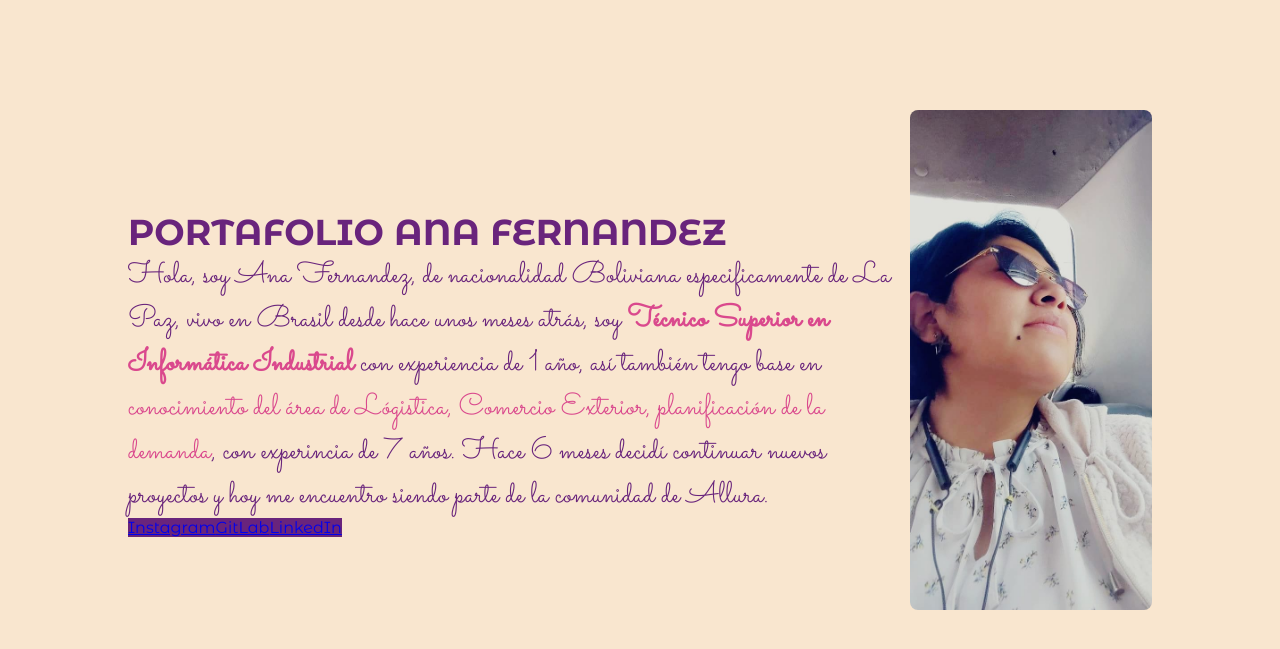
Repository: AnaFzCz/PROYECTOS-HTML---CSS2
Page: Portafolio/index.html
An editor plug-in stored every save of this project. The page is shown before and after the next save, followed by the edit.
The browser window is 1280 px wide. The pictures show the whole page.

Above is the page before, as saved 2025-01-27 05:10:47.

### Portafolio/index.html
<!DOCTYPE html>
<html lang="en">

<head>
    <meta charset="UTF-8">
    <meta http-equiv="X-UA-Compatible" content="IE=edge">
    <meta name="viewport" content="width=device-width, initial-scale=1.0">
    <title>Portafolio</title>
    <link rel="stylesheet" href="style.css">
</head>

<body>
    <header>

    </header>
    <main class="presentacion">
        <div class="container responsivo-container">
            <h1 class="presentacion_titulo">PORTAFOLIO ANA FERNANDEZ</h1>
            <p class="presentacion_parrafo">Hola, soy Ana Fernandez, de nacionalidad Boliviana especificamente de La
                Paz, vivo en Brasil desde hace
                unos meses atrás, soy <strong class="destacar">Técnico Superior en Informática Industrial</strong> con
                experiencia de 1 año, así también tengo base en <span>conocimiento del área de Lógistica, Comercio
                    Exterior, planificación de la demanda</span>, con experincia de 7 años. Hace 6 meses decidí
                continuar nuevos proyectos y hoy me encuentro siendo parte de la comunidad de Allura.</p>

            <div class="presentacion_links">
                <a class="presentacion_links_link" href="https://instagram.com/anafzcz">Instagram</a>
                <a class="presentacion_links_link" href="https://github.com/AnaFzCz">GitLab</a>
                <a class="presentacion_links_link" href="https://linkedin.com/in/ana-fernandez-cruz-238787124">LinkedIn</a>
            </div>
        </div>
        <img src="mindfullness.jpg" alt="myself" style="width:250px;height: 500px;">
    </main>
    <footer></footer>
</body>

</html>

### Portafolio/style.css
@import url('https://fonts.googleapis.com/css2?family=Montserrat+Alternates:ital,wght@0,100;0,200;0,300;0,400;0,500;0,600;0,700;0,800;0,900;1,100;1,200;1,300;1,400;1,500;1,600;1,700;1,800;1,900&family=Sacramento&display=swap');

/*Resetear configuraciones*/
* {
  margin: 0;
  padding: 0;
}

body {
  height: 100vh;
  display: flex;
  box-sizing: border-box;
  justify-content: center;
  align-items: center;
  background-color: #F9E6CF;
  color: #69247C;
  font-family: "Montserrat Alternates", serif;
  /*font-family: "papyrus";*/
}

/*p {
  margin: 10px;
  border: 2px solid purple;
  padding: 5px;
}*/

.destacar {
  color: #DA498D;
}

/*contenedor de las columnas*/
.presentacion {
  margin: 10%;
  display: flex;
  align-items: center;
  justify-content: space-between;

}

.container {
  display: flex;
  align-items: center;
  height: 300px;
  weight: 615px;
  ;
  /* Altura ajustável conforme necessário */
}

.responsivo-container {
  display: flex;
  flex-direction: row;
  flex-wrap: wrap;
}

span {
  color: #DA498D;
}




.presentacion_titulo {
  align-content: center;
  font-size: 36px;
  font-family: "Montserrat Alternates", serif;
}

.presentacion_parrafo {

  font-size: 30px;
  font-family: "Sacramento", serif;
  }

.presentacion_links{
  display: flex;
  justify-content: space-between;
}

.presentacion_links_link{
  background-color:#69247C;
}

/*

a {
  color: #22D4FD;
  border: 1px solid #22D4FD;
  padding: 10px;
  text-align: center;
}


.bot {
  margin-top: 20px;
  display: flex;
  justify-content: center;
}*/


img {
  border-radius: 8px;
  display: block;
  margin-left: auto;
  margin-right: auto;
}

img:hover {
  transform: scaleX(-1);
}

After the next save:
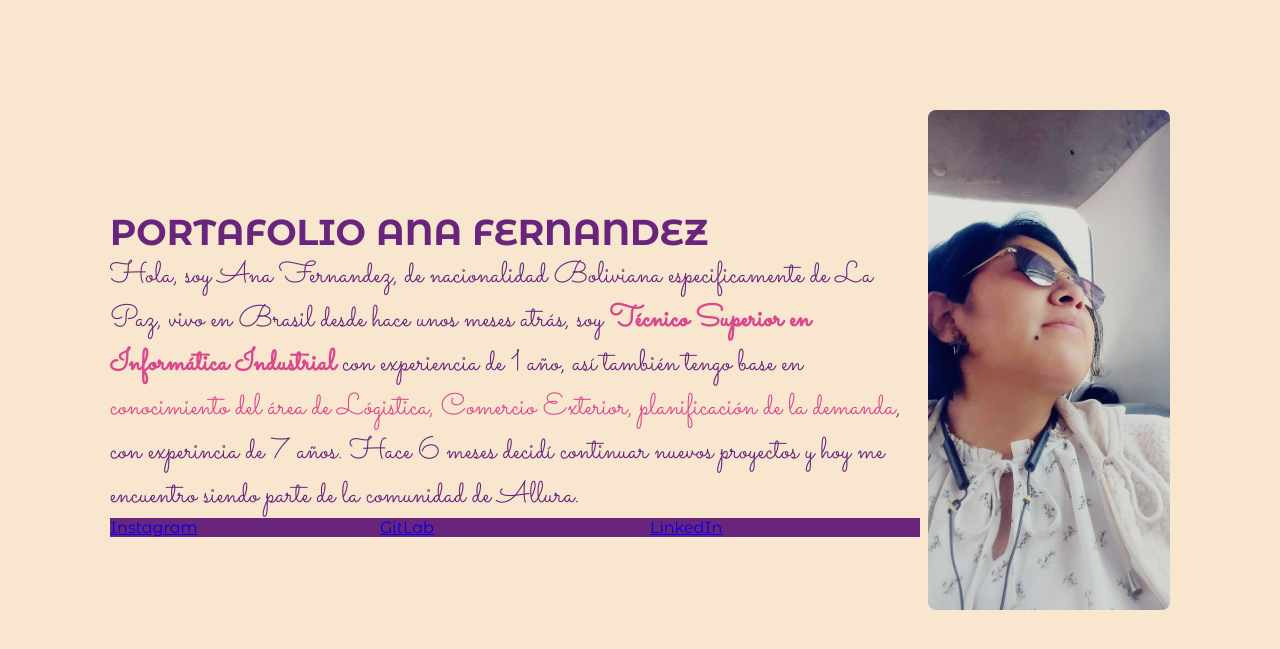
Saved 64 s later.
--- a/Portafolio/style.css
+++ b/Portafolio/style.css
@@ -78,6 +78,7 @@ span {
 
 .presentacion_links_link{
   background-color:#69247C;
+  width: 270px;
 }
 
 /*
